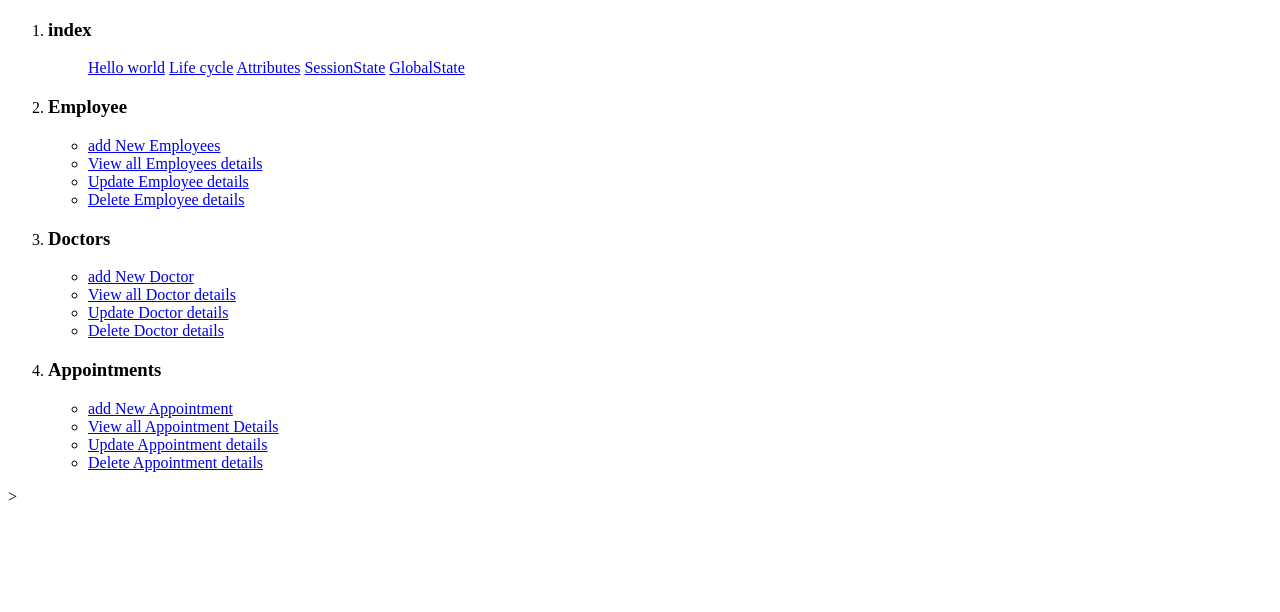
Repository: rameshraj97/Core-java
Page: firstWebsite/src/main/webapp/Index1.html
An editor plug-in stored every save of this project. The page is shown before and after the next save, followed by the edit.
The browser window is 1280 px wide. The pictures show the whole page.

Above is the page before, as saved 2022-05-23 09:48:45.

### firstWebsite/src/main/webapp/Index1.html
<!DOCTYPE html>
<html>
<head>
<meta charset="ISO-8859-1">
<title>Insert title here</title>
</head>
<body>
  <ol><!-- ordered list -->
  <li><h3>index</h3></li>
          <ul><a href="/firstWebsite/HelloWorld">Hello world</a>
          <a href="/firstWebsite/LifeCycle">Life cycle</a>
          <a href="/firstWebsite/Attributes.html">Attributes</a>
          <a href="/firstWebsite/SessionState.html">SessionState</a>
          <a href="/firstWebsite/GlobalState.html">GlobalState</a>

          </ul>
   <li><h3>Employee</h3></li>
         <ul>
         <li><a href="/firstWebsite/AddEmployee.html">add New Employees</a></li>
         <li><a href="/firstWebsite/GetAllEmployees.html">View all Employees details</a></li>
         <li><a href="/firstWebsite/UpdateEmployee.html">Update Employee details</a></li>
         <li><a href="/firstWebsite/DeleteEmployeeDetails.html">Delete Employee details</a></li>
         </ul>
   <li><h3>Doctors</h3></li>
         <ul>
         <li><a href="/firstWebsite/AddDoctor.html">add New Doctor</a></li>
         <li><a href="/firstWebsite/GetAllDoctors.html">View all Doctor details</a></li>
         <li><a href="/firstWebsite/UpdateDoctorDetails.html">Update Doctor details</a></li>
         <li><a href="/firstWebsite/DeleteDoctorDetails.html">Delete Doctor details</a></li>
         </ul>
   <li><h3>Appointments</h3></li>
         <ul>
         <li><a href="/firstWebsite/AddAppointments.html">add New Appointment</a></li>
         <li><a href="/firstWebsite/GetAllAppointments.html">View all Appointment Details</a></li>
         <li><a href="/firstWebsite/UpdateAppointments.html">Update Appointment details</a></li>
         <li><a href="/firstWebsite/DeleteAppointmentDetails.html">Delete Appointment details</a></li>
         </ul>

   </ol>>

</body>
</html>

After the next save:
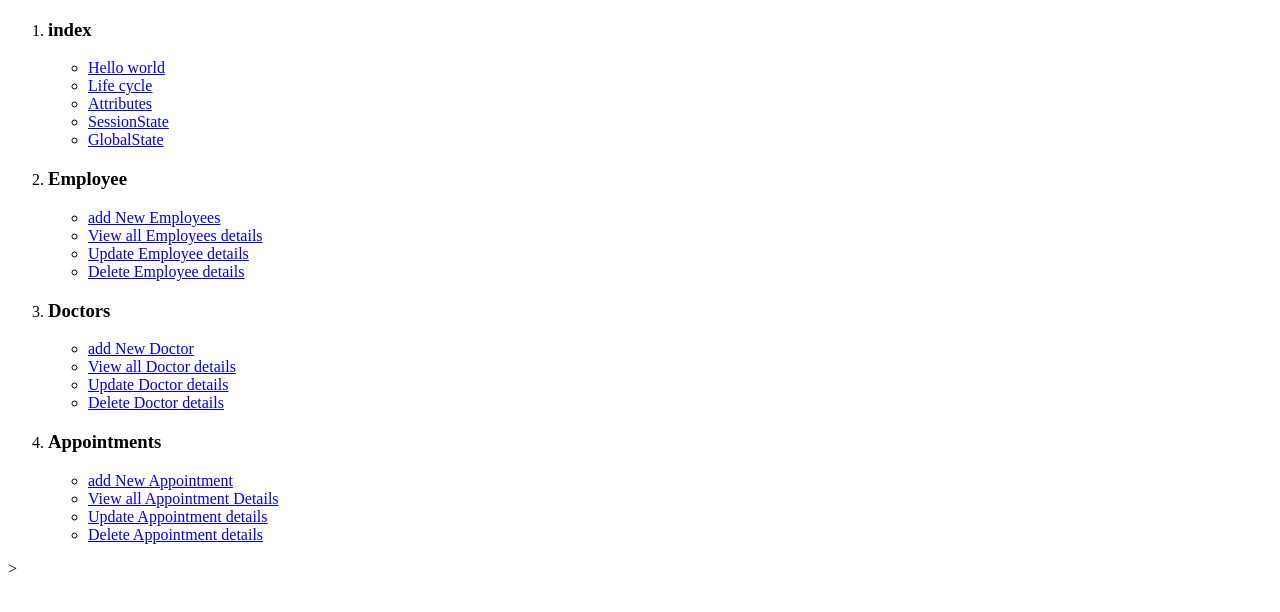
Saved 5 min 10 s later.
--- a/firstWebsite/src/main/webapp/Index1.html
+++ b/firstWebsite/src/main/webapp/Index1.html
@@ -7,11 +7,12 @@
 <body>
   <ol><!-- ordered list -->
   <li><h3>index</h3></li>
-          <ul><a href="/firstWebsite/HelloWorld">Hello world</a>
-          <a href="/firstWebsite/LifeCycle">Life cycle</a>
-          <a href="/firstWebsite/Attributes.html">Attributes</a>
-          <a href="/firstWebsite/SessionState.html">SessionState</a>
-          <a href="/firstWebsite/GlobalState.html">GlobalState</a>
+          <ul>
+         <li> <a href="/firstWebsite/HelloWorld">Hello world</a> </li>
+         <li> <a href="/firstWebsite/LifeCycle">Life cycle</a> </li>
+          <li><a href="/firstWebsite/Attributes.html">Attributes</a> </li>
+         <li> <a href="/firstWebsite/SessionState.html">SessionState</a> </li>
+         <li> <a href="/firstWebsite/GlobalState.html">GlobalState</a> </li>
 
           </ul>
    <li><h3>Employee</h3></li>
